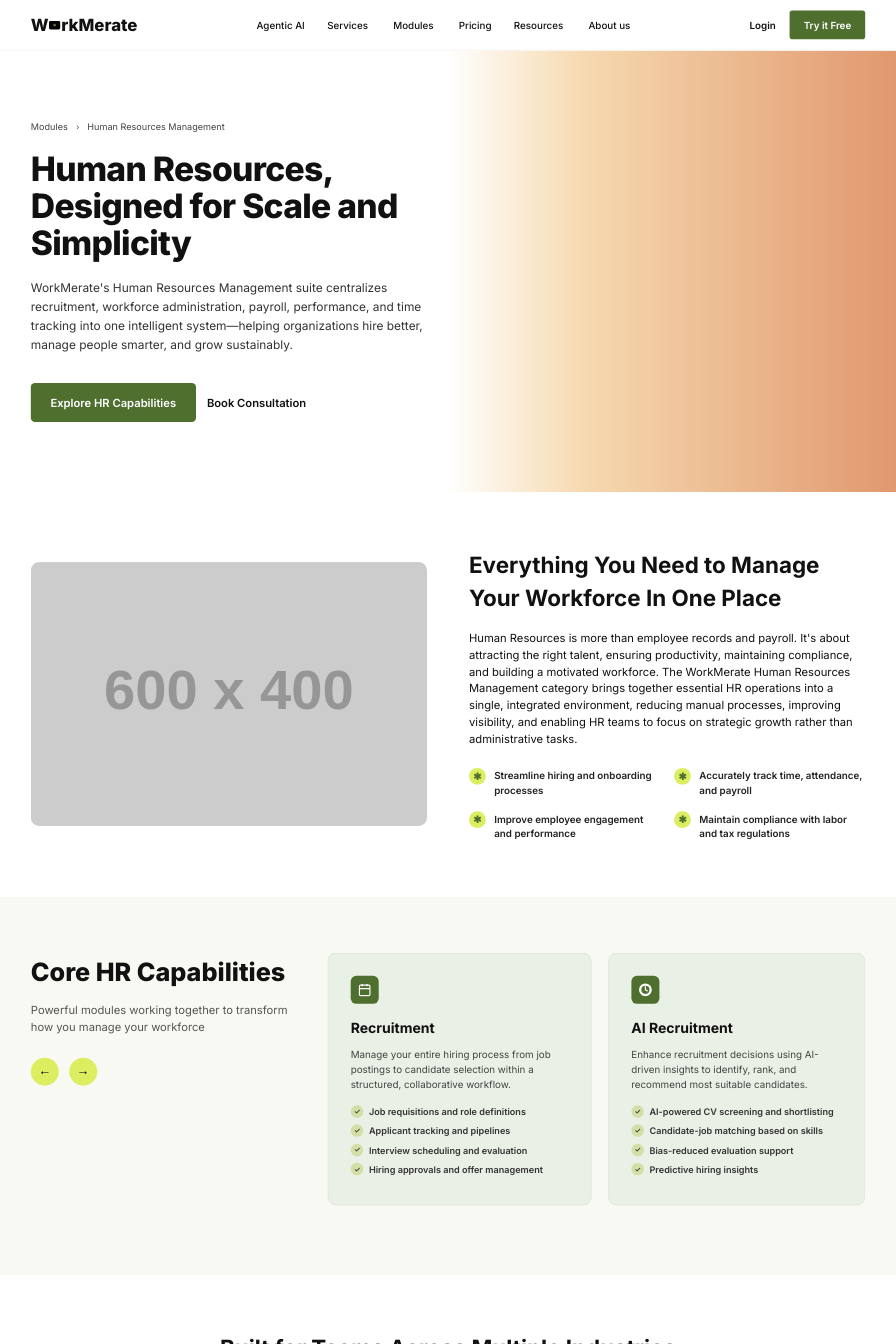
Repository: Opawumi/work_merate
Page: hr.html
An editor plug-in stored every save of this project. The page is shown before and after the next save, followed by the edit.
The browser window is 1280 px wide. The pictures show the part of the page from y = 0 to 1920 px (the page is 4039 px tall), at 70% of full size.

Above is the page before, as saved 2026-02-02 19:12:54.

After the next save:
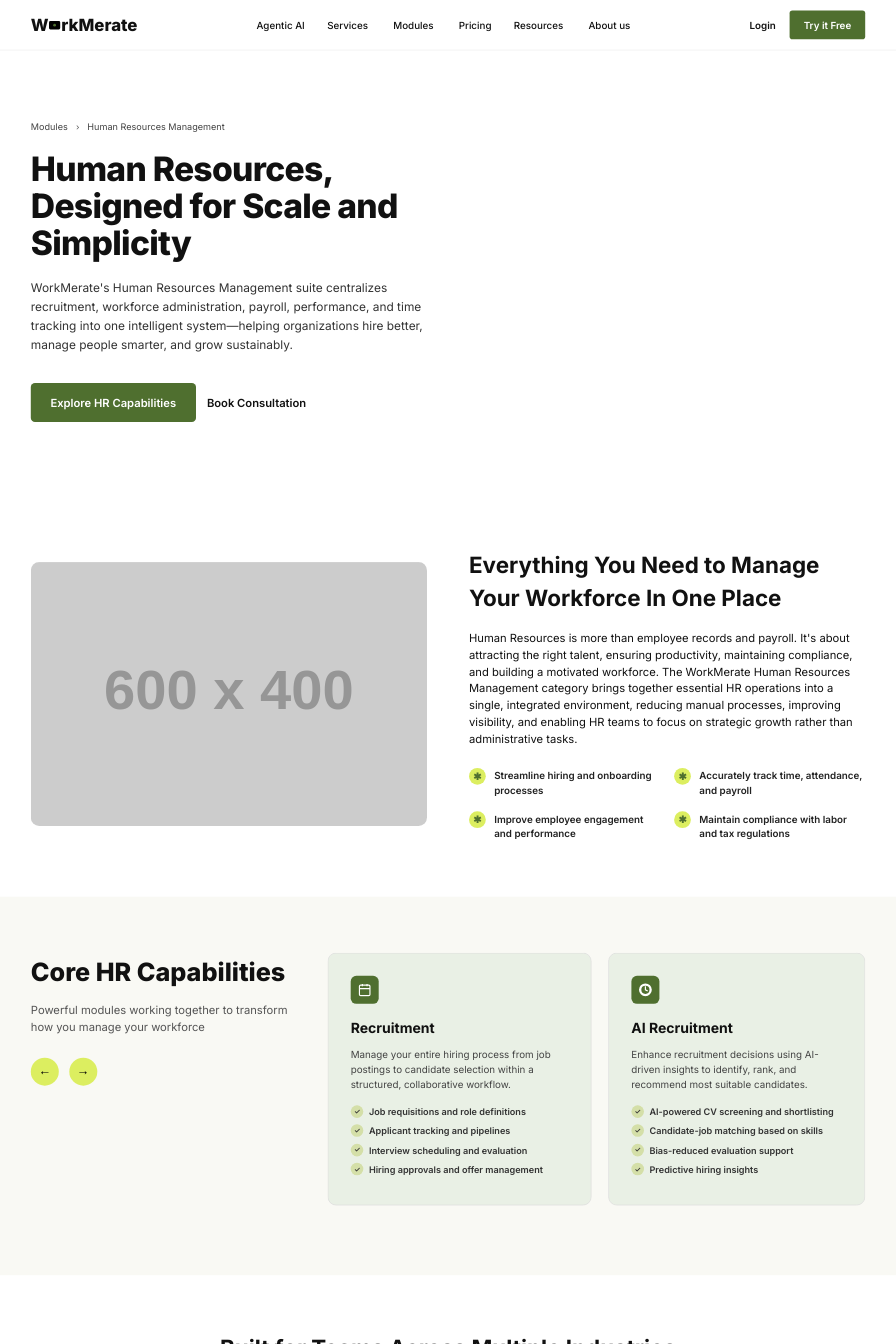
Saved 5 min 52 s later.
--- a/hr.html
+++ b/hr.html
@@ -34,7 +34,6 @@
     </nav>
 
     <section class="hero-hr">
-        <div class="hero-gradient-overlay"></div>
         <div class="container hero-container">
             <div class="hero-content">
                 <div class="breadcrumbs">
